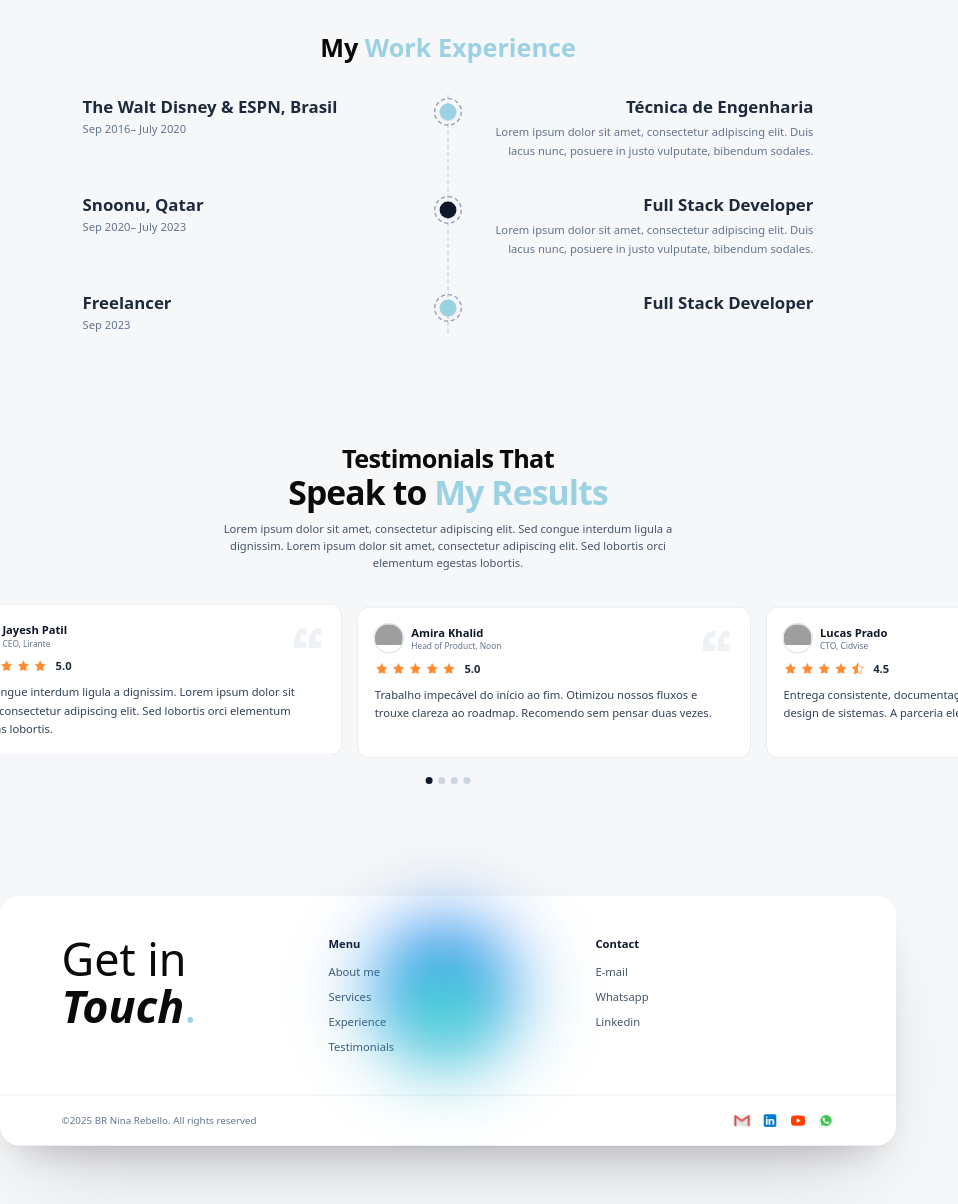
Repository: nina-rebello/portfolio
Page: /
The author's editor kept a copy of each file at every save. The page is drawn from the files as they stood at one save, then again after the next save.
The browser window is 1280 px wide. The page is 1368 px wide, so the pictures cover 1368 px, including what lies to the right of the window. The pictures show the part of the page from y = 2137 to 3897 px (the page is 3857 px tall before and 3897 px after), at 70% of full size.
Pictures or frames that could not be fetched are drawn as grey boxes. The project was rebuilt for these pictures with package versions that can differ from the ones it lists, and the page was loaded fresh each time. Some packages were replaced by stand-ins written for this rebuild. The framework's server and built-in components were replaced by stand-ins that run in the browser. Also part of the build but not shown: next.config.ts.

Above is the page before, as saved 2025-09-11 19:26:18.

After the next save:
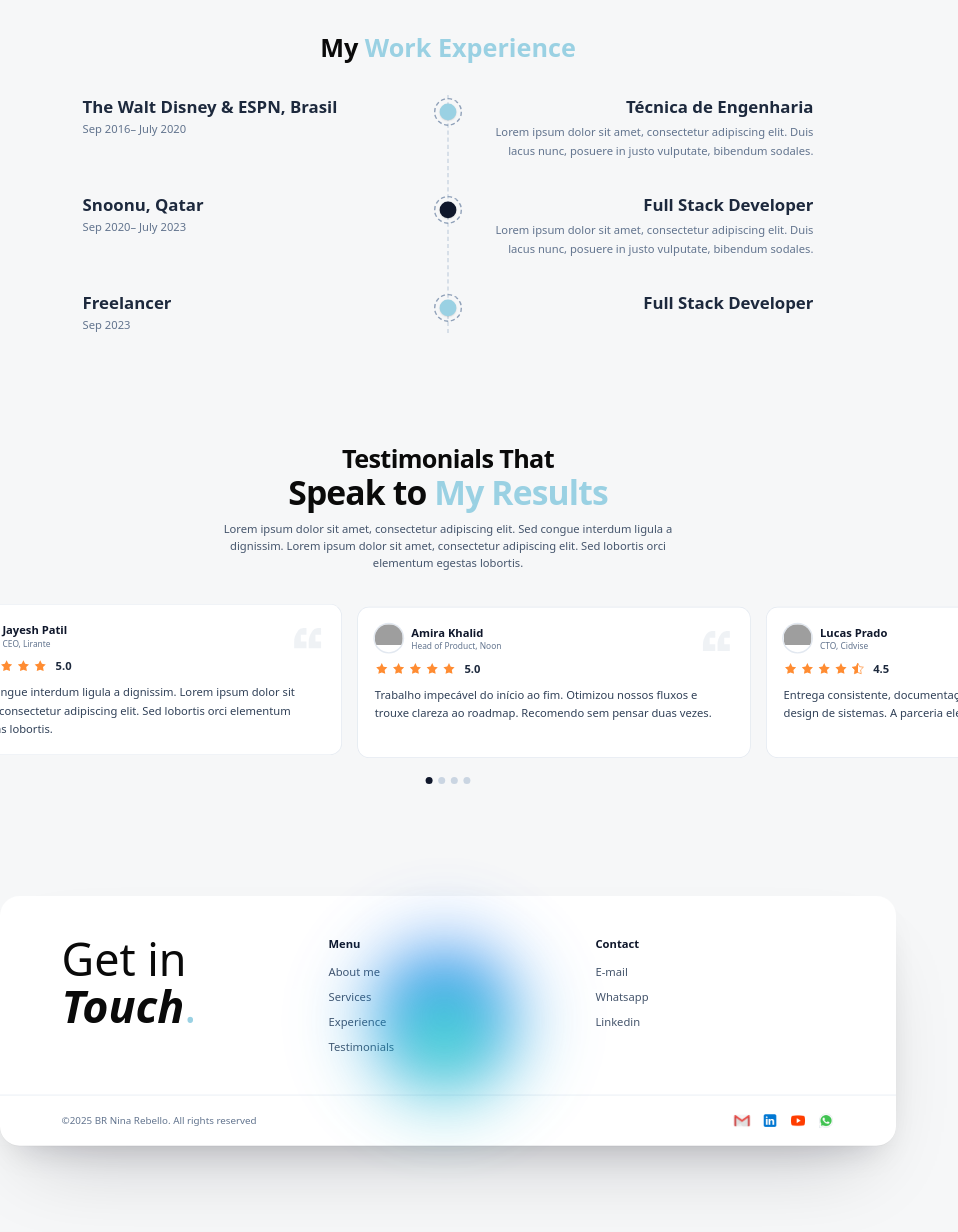
Saved 8 s later.
--- a/components/footer/Footer.tsx
+++ b/components/footer/Footer.tsx
@@ -6,7 +6,7 @@ export default function Footer() {
   return (
     <footer className="relative mt-20">
     {/* Gradiente central acima */}
-    <div className="pointer-events-none absolute inset-x-0 z-0  -top-40 left-1/2 -translate-x-1/2  w-[600px] h-[600px]">
+    <div className="pointer-events-none absolute inset-x-0 z-0  -top-30 left-1/2 -translate-x-1/2  w-[600px] h-[600px]">
         <img
         src="/gradients/blur-gradient.png"
         alt=""
